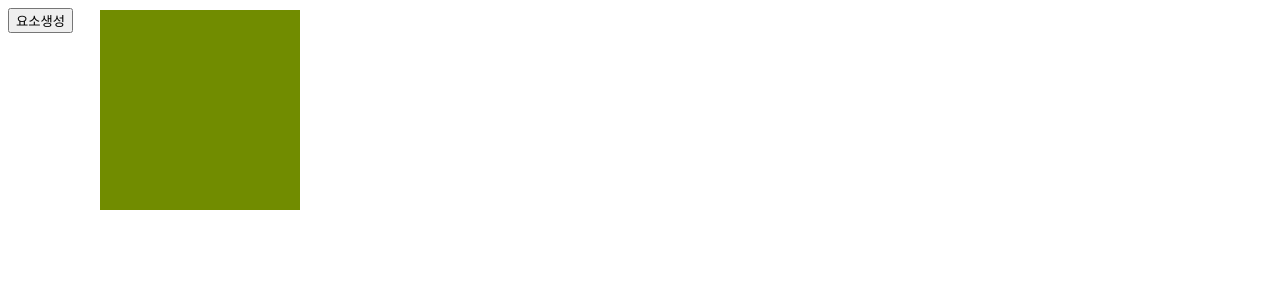
Repository: kimjoohye/study_WEB
Page: workspace/studyhtml5/WebContent/js/j09/h03.html
The author's editor kept a copy of each file at every save. The page is drawn from the files as they stood at one save, then again after the next save.
The browser window is 1280 px wide. The pictures show the whole page.

Above is the page before, as saved 2022-05-09 01:38:45.

### workspace/studyhtml5/WebContent/js/j09/h03.html
<!DOCTYPE html>
<html>
<head>
<meta name="viewport" content="width=device-width,initial-scale=1.0">
<meta charset="UTF-8">
<!--스타일 시트 -->
<style type="text/css">
  div {
    position: fixed;
    left: 100px;
    top: 10px;
    width: 200px;
    height: 200px;
    background: #718c00;
  }
</style>

<title>Insert title here</title>
<!--자바스크립트 코드 -->
<script type="text/javascript">
  window.onload = function() {

  };
</script>
</head>
<body>
    <button id="bt">요소생성</button>
    <div></div>
</body>
</html>

After the next save:
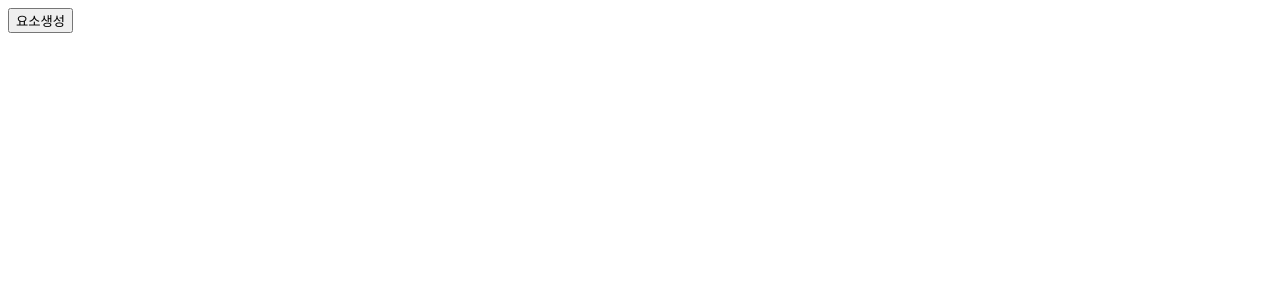
Saved 27 s later.
--- a/workspace/studyhtml5/WebContent/js/j09/h03.html
+++ b/workspace/studyhtml5/WebContent/js/j09/h03.html
@@ -25,6 +25,5 @@
 </head>
 <body>
     <button id="bt">요소생성</button>
-    <div></div>
 </body>
 </html>
